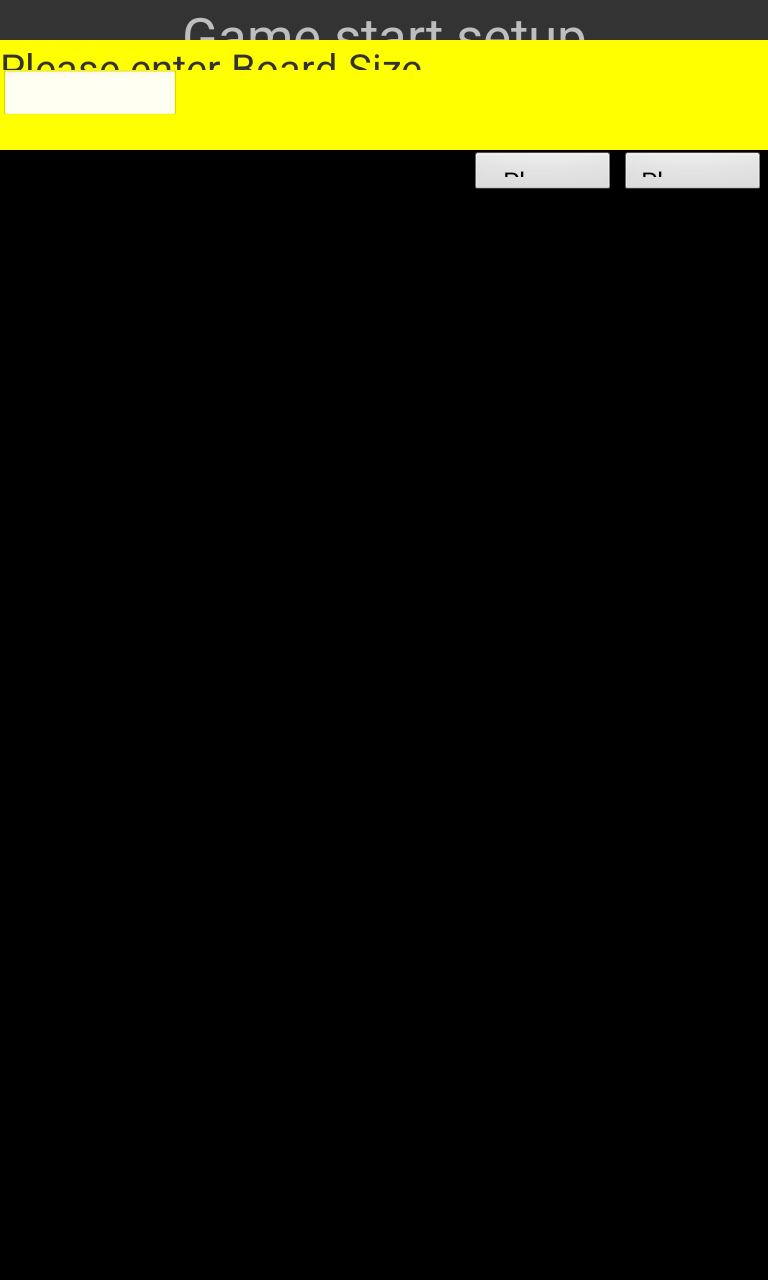
Repository: gulingithub/WeiChi
Layout: WeiChi/res/layout/welcome.xml
These files come from the project's save history. The layout is drawn as it stood at one moment and after the next save; the edit follows.
It is drawn on a 768 x 1280 px phone screen (xhdpi) without system bars, with theme android:Theme; the app's code is not run.

Above is the layout before, as saved 2009-10-26 22:37:22.

### WeiChi/res/layout/welcome.xml
<?xml version="1.0" encoding="utf-8"?>
<RelativeLayout
android:id="@+id/widget28"
android:layout_width="fill_parent"
android:layout_height="fill_parent"
xmlns:android="http://schemas.android.com/apk/res/android"
>

<LinearLayout
android:id="@+id/linearlayout"
android:layout_width="fill_parent"
android:layout_height="150px"
android:background="#ffffff00"
android:orientation="vertical"
android:layout_alignParentTop="true"
android:layout_alignParentLeft="true"
>
<TextView
android:id="@+id/textview"
android:layout_width="fill_parent"
android:background="#ff333333"
android:text="Game start setup"
android:textSize="12pt"
android:gravity="center"
android:layout_gravity="center_vertical"
android:layout_height="40px">
</TextView>
<TextView
android:id="@+id/board"
android:layout_width="fill_parent"
android:layout_height="30px"
android:text="Please enter Board Size"
android:textSize="9pt"
android:textColor="#ff333333"
android:gravity="left"
>
</TextView>
<EditText
android:id="@+id/boardsize"
android:layout_width="180px"
android:layout_height="50px"
android:textSize="18sp"
>
</EditText>
</LinearLayout>
<Button
android:id="@+id/computer"
android:layout_width="150px"
android:layout_height="50px"
android:text="Player vs Computer"
android:textSize="13sp"
android:layout_below="@+id/linearlayout"
android:layout_alignRight="@+id/linearlayout"
>
</Button>
<Button
android:id="@+id/player"
android:layout_width="150px"
android:layout_height="50px"
android:text="Play vs Player"
android:textSize="13sp"
android:gravity="center"
android:layout_below="@+id/linearlayout"
android:layout_toLeftOf="@+id/computer"



>
</Button>

</RelativeLayout>

After the next save:
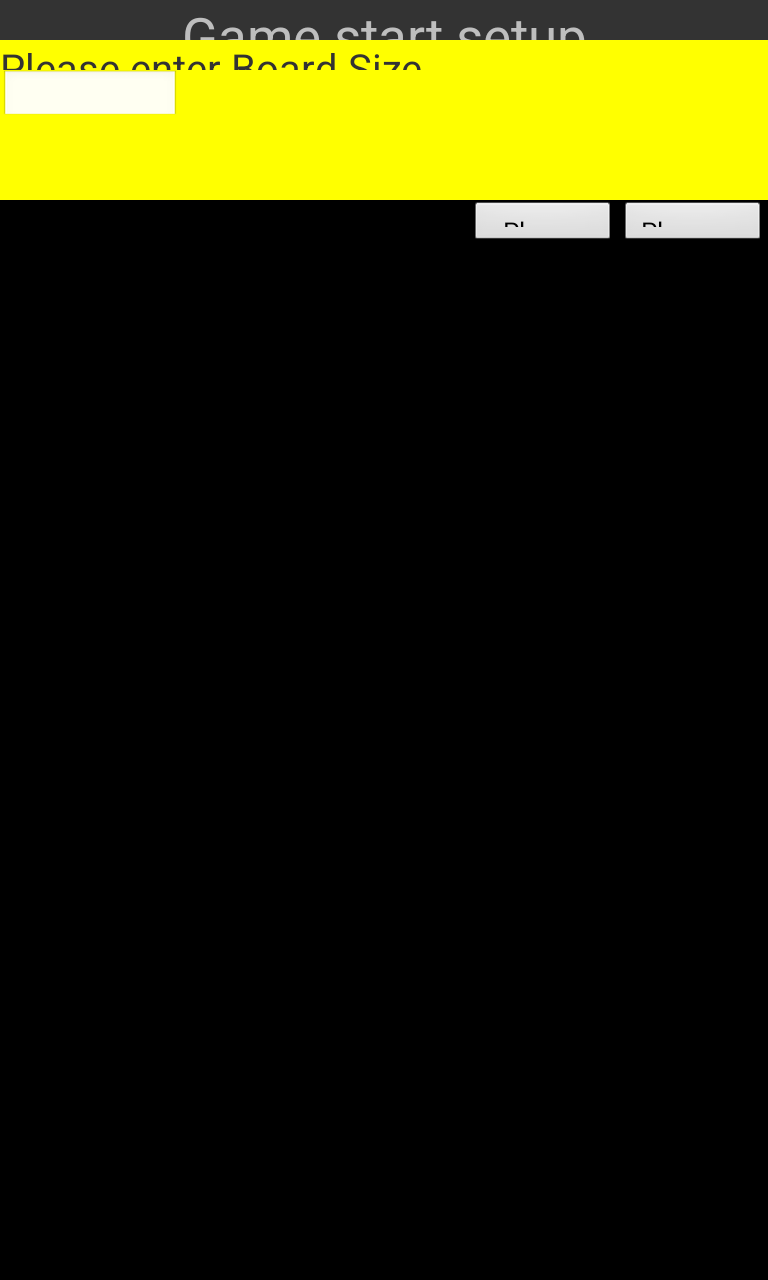
Saved 48 s later.
--- a/WeiChi/res/layout/welcome.xml
+++ b/WeiChi/res/layout/welcome.xml
@@ -9,7 +9,7 @@ xmlns:android="http://schemas.android.com/apk/res/android"
 <LinearLayout
 android:id="@+id/linearlayout"
 android:layout_width="fill_parent"
-android:layout_height="150px"
+android:layout_height="200px"
 android:background="#ffffff00"
 android:orientation="vertical"
 android:layout_alignParentTop="true"
